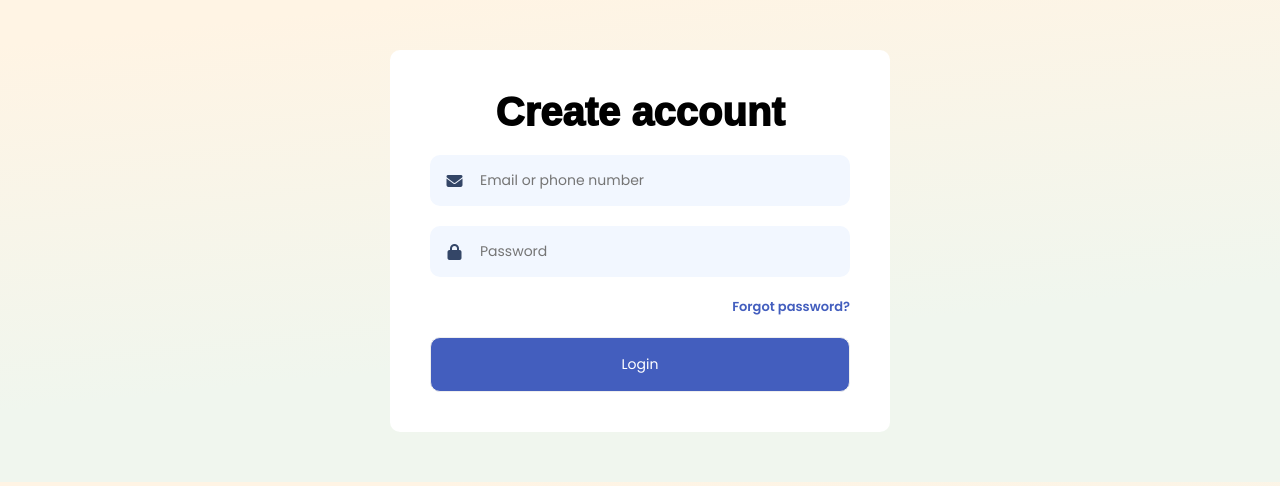
Repository: VuTuanAnh0949/loginForm
Page: index.html
The author's editor kept a copy of each file at every save. The page is drawn from the files as they stood at one save, then again after a run of saves.
The browser window is 1280 px wide. The pictures show the whole page.

Above is the page before, as saved 2022-04-15 21:10:10.

After the next 3 saves:
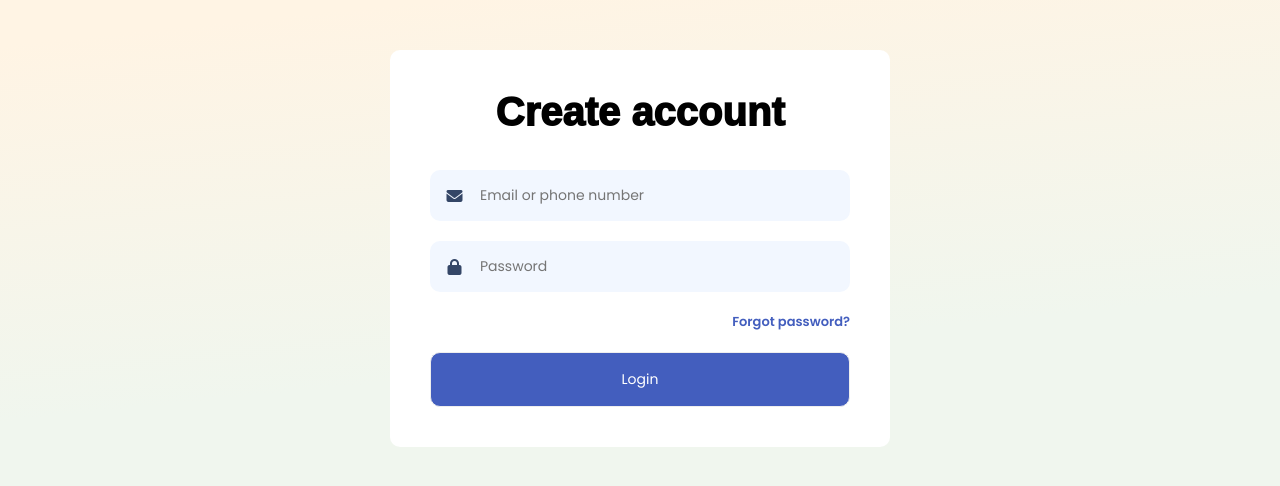
The 3 saves are shown as one change because they came seconds apart.
The last was saved 11 s later.
--- a/style.css
+++ b/style.css
@@ -20,7 +20,7 @@ border-radius: 10px;
   font-family: Arial, Helvetica, sans-serif;
   font-weight: 1000;
   text-align: center;
-  padding-bottom: 20px;
+  padding-bottom: 35px;
 }
 .login-field{
   display: flex;
